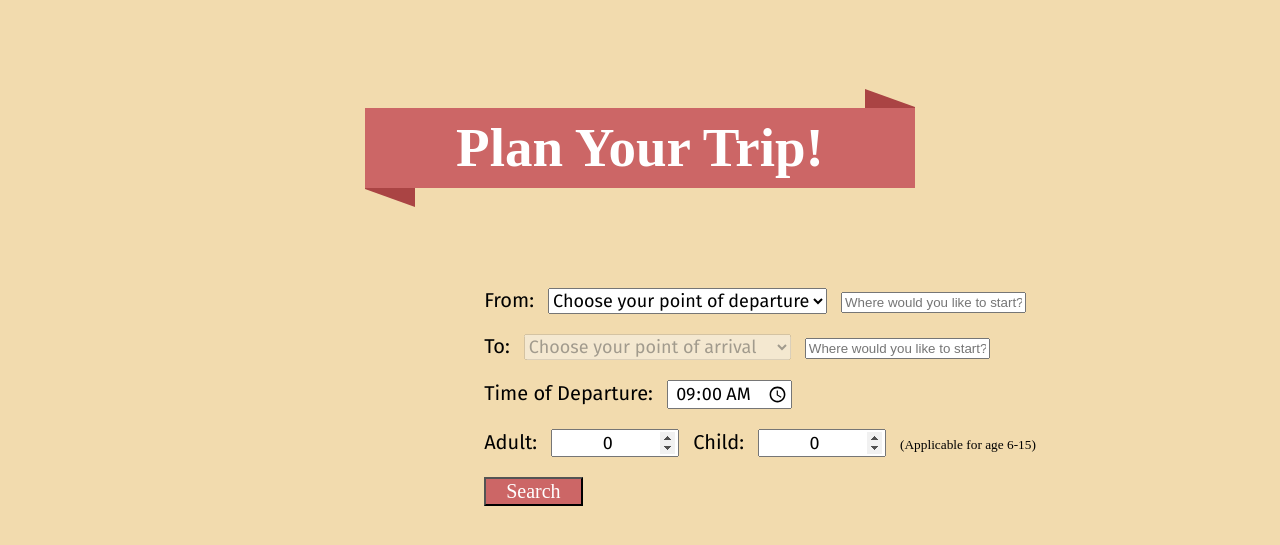
Repository: bbh0607/bae_dNation
Page: public/index.html
The author's editor kept a copy of each file at every save. The page is drawn from the files as they stood at one save, then again after the next save.
The browser window is 1280 px wide. The pictures show the whole page.
Some web fonts or font styles are not loaded; a fallback is used.

Above is the page before, as saved 2020-02-01 15:22:31.

### public/index.html
<!DOCTYPE html>
<html lang="en">
  <head>
    <meta charset="UTF-8" />
    <link rel="stylesheet" type="text/css" href="./css/style.css" />
    <link rel="stylesheet" href="https://fonts.googleapis.com/css?family=Fira+Sans">
    <script src="js/script.js"></script>
    <title>My Website</title>
  </head>
  <body>
    <h1>Plan Your Trip!</h1>
    <form action="result.html" method="POST">
      <ul>
        <li>
          <label for="from">From:</label>
          <select id="fromSelect" name="from" onchange="removeDuplicate(this)" required>
            <option value="DEFAULT" selected disabled hidden>Choose your point of departure</option>
            <option value="KLIA">KLIA (KL International Airport)</option>
            <option value="KLIA2">KLIA2 (Airport Terminal 2)</option>
            <option value="SENTRAL">KL Sentral</option>
            <option value="OTHER">Other..</option>
          </select>
          <input type="text" name="search" placeholder="Where would you like to start?">
        </li>
        <li>
          <label for="to">To:</label>
          <select id="toSelect" name="to" onchange="removeDuplicate(this)" disabled required>
            <option value="DEFAULT" selected disabled hidden>Choose your point of arrival</option>
            <option value="KLIA">KLIA (KL International Airport)</option>
            <option value="KLIA2">KLIA2 (Airport Terminal 2)</option>
            <option value="SENTRAL">KL Sentral</option>
            <option value="OTHER">Other..</option>
          </select>
          <input type="text" name="search" placeholder="Where would you like to start?">
        </li>
        <li>
          <label for="deptime">Time of Departure:</label>
          <input type="time" id="deptime" name="deptime" value="09:00" required>
        </li>
        <li>
          <label for="adult">Adult:</label>
          <input type="number" id="adult" name="adult" value="0" min='0' required>
          <label for="child">Child:</label>
          <input type="number" id="child" name="child" value="0" min='0' required>
          <small>(Applicable for age 6-15)</small>
        </li>
        <li>
          <input type="submit" value="Search">
        </li>
      </ul>
    </form a>
  </body>
</html>

### public/css/style.css
/* body {
  background-color: aquamarine;
} */

@import url(https://fonts.googleapis.com/css?family=Patua+One);

body {
  background-color:#F2DBAE;
  align-content: center;
}

h1 {
  background-color:#c66;
  width:550px; height:80px;
  line-height:80px;
  font-size:55px;
  text-align:center;
  position:relative;
  margin:100px auto;
  font-family: 'Patua One', cursive;
  color:#fff;
  }

h1:before, h1:after {
  background-color:#a44;
  width:50px; height:80px;
  content:'';
  display:block;
  transform:skewY(20deg);
  position:absolute;
  z-index:-1;
}

h1:before {top:10px; left:0; }
h1:after {top:-10px; right:0; }

label {
  font-size: 20px;
  font-family: "Fira Sans", sans-serif;
  margin-right: 10px;
}

ul {
  list-style-type: none;
  justify-self: center;
  margin-left: 200px;
}

li {
  margin-top: 20px;
}

select {
  font-family: "Fira Sans", sans-serif;
  font-size: 18px;
  margin-right: 10px;
}

input[type="submit"]{
  background-color: #c66;
  color: #fff;
  font-size: 20px;
  font-family: 'Patua One', cursive;
  padding-left: 20px;
  padding-right: 20px;
}

input[type="time"], input[type="number"]{
  width: 120px;
  text-align: center;
  font-family: "Fira Sans", sans-serif;
  font-size: 18px;
  margin-right: 10px;
}

input[type="text"]

small {
  font-family: "Fira Sans", sans-serif;
  font-size: 14px;
}

input[type='number']::-webkit-inner-spin-button,
input[type='number']::-webkit-outer-spin-button {
    opacity: 1;
}

input[type='time']::-webkit-inner-spin-button,
input[type='time']::-webkit-outer-spin-button {
    opacity: 1;
}

### public/js/script.js
function removeDuplicate(element) {
    const changedId = element.id;
    const comparisonId = changedId == 'fromSelect'? 'toSelect': 'fromSelect';
    const changed = document.getElementById(changedId);
    const compare = document.getElementById(comparisonId)
    if (
      changed.options[changed.selectedIndex].value ==
      compare.options[compare.selectedIndex].value
    ) compare.value="DEFAULT"
    document.getElementById(comparisonId).disabled = false;
}

After the next save:
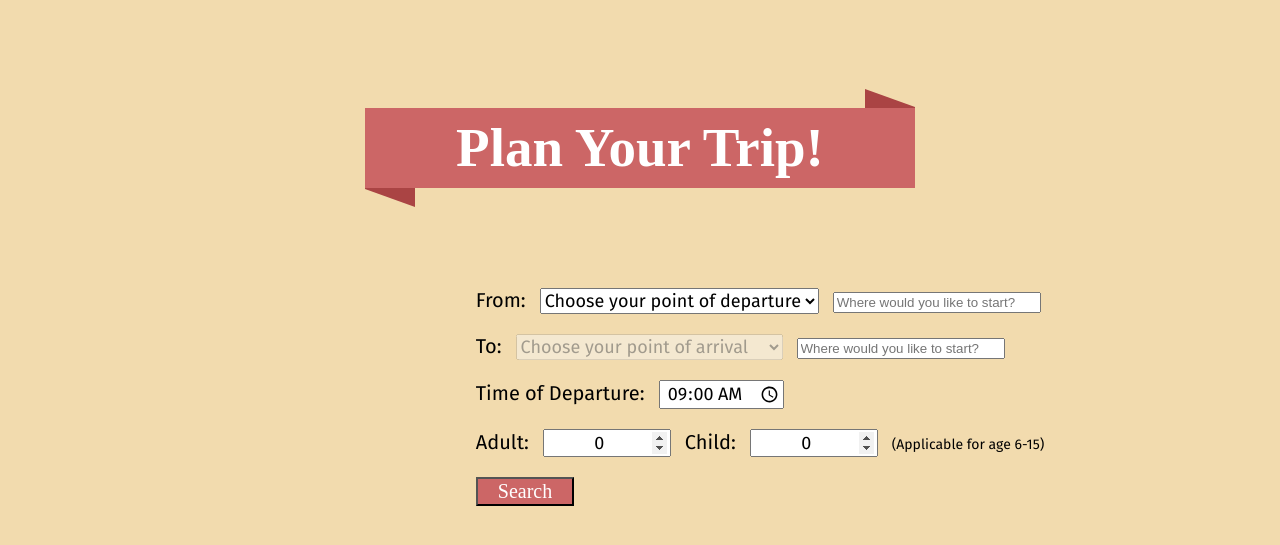
Saved 8 s later.
--- a/public/css/style.css
+++ b/public/css/style.css
@@ -73,7 +73,9 @@ input[type="time"], input[type="number"]{
   margin-right: 10px;
 }
 
-input[type="text"]
+input[type="text"] {
+  width: 200px;
+}
 
 small {
   font-family: "Fira Sans", sans-serif;
